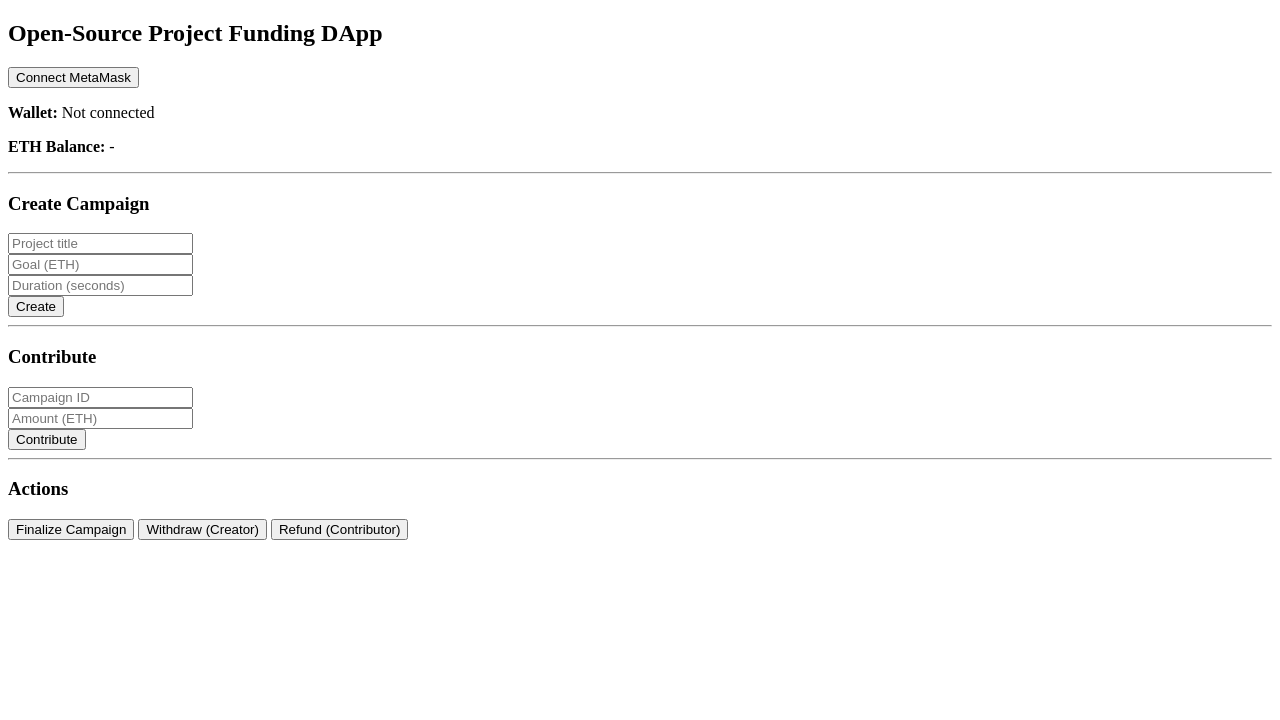
Repository: Xurmayo/Block-Chain-Final
Page: frontend/index.html
An editor plug-in stored every save of this project. The page is shown before and after the next save, followed by the edit.
The browser window is 1280 px wide. The pictures show the whole page.

Above is the page before, as saved 2026-02-01 14:47:40.

### frontend/index.html
<!DOCTYPE html>
<html>
<head>
  <meta charset="UTF-8" />
  <title>Open-Source Funding DApp</title>
  <script src="https://cdn.jsdelivr.net/npm/ethers@6.10.0/dist/ethers.umd.min.js"></script>
</head>
<body>

  <h2>Open-Source Project Funding DApp</h2>

  <button onclick="connectWallet()">Connect MetaMask</button>
  <p><b>Wallet:</b> <span id="account">Not connected</span></p>
  <p><b>ETH Balance:</b> <span id="ethBalance">-</span></p>

  <hr>

  <h3>Create Campaign</h3>
  <input id="title" placeholder="Project title"><br>
  <input id="goal" placeholder="Goal (ETH)"><br>
  <input id="duration" placeholder="Duration (seconds)"><br>
  <button onclick="createCampaign()">Create</button>

  <hr>

  <h3>Contribute</h3>
  <input id="campaignId" placeholder="Campaign ID"><br>
  <input id="amount" placeholder="Amount (ETH)"><br>
  <button onclick="contribute()">Contribute</button>

  <hr>

  <h3>Actions</h3>
  <button onclick="finalize()">Finalize Campaign</button>
  <button onclick="withdraw()">Withdraw (Creator)</button>
  <button onclick="refund()">Refund (Contributor)</button>

  <script src="app.js"></script>
</body>
</html>

### frontend/app.js
let provider;
let signer;
let crowdfunding;

const CROWDFUNDING_ADDRESS = "0xe7f1725E7734CE288F8367e1Bb143E90bb3F0512";

const ABI = [
  "function createCampaign(string,uint256,uint256)",
  "function contribute(uint256) payable",
  "function finalizeCampaign(uint256)",
  "function withdrawFunds(uint256)",
  "function refund(uint256)"
];

async function connectWallet() {
  if (!window.ethereum) {
    alert("MetaMask not installed");
    return;
  }

  provider = new ethers.BrowserProvider(window.ethereum);
  signer = await provider.getSigner();

  const address = await signer.getAddress();
  document.getElementById("account").innerText = address;

  const balance = await provider.getBalance(address);
  document.getElementById("ethBalance").innerText =
    ethers.formatEther(balance);

  crowdfunding = new ethers.Contract(
    CROWDFUNDING_ADDRESS,
    ABI,
    signer
  );
}

async function createCampaign() {
  const title = document.getElementById("title").value;
  const goal = ethers.parseEther(document.getElementById("goal").value);
  const duration = document.getElementById("duration").value;

  const tx = await crowdfunding.createCampaign(title, goal, duration);
  await tx.wait();
  alert("Campaign created");
}

async function contribute() {
  const id = document.getElementById("campaignId").value;
  const amount = ethers.parseEther(document.getElementById("amount").value);

  const tx = await crowdfunding.contribute(id, { value: amount });
  await tx.wait();
  alert("Contribution sent");
}

async function finalize() {
  const id = document.getElementById("campaignId").value;
  const tx = await crowdfunding.finalizeCampaign(id);
  await tx.wait();
  alert("Campaign finalized");
}

async function withdraw() {
  const id = document.getElementById("campaignId").value;
  const tx = await crowdfunding.withdrawFunds(id);
  await tx.wait();
  alert("Funds withdrawn");
}

async function refund() {
  const id = document.getElementById("campaignId").value;
  const tx = await crowdfunding.refund(id);
  await tx.wait();
  alert("Refund complete");
}

After the next save:
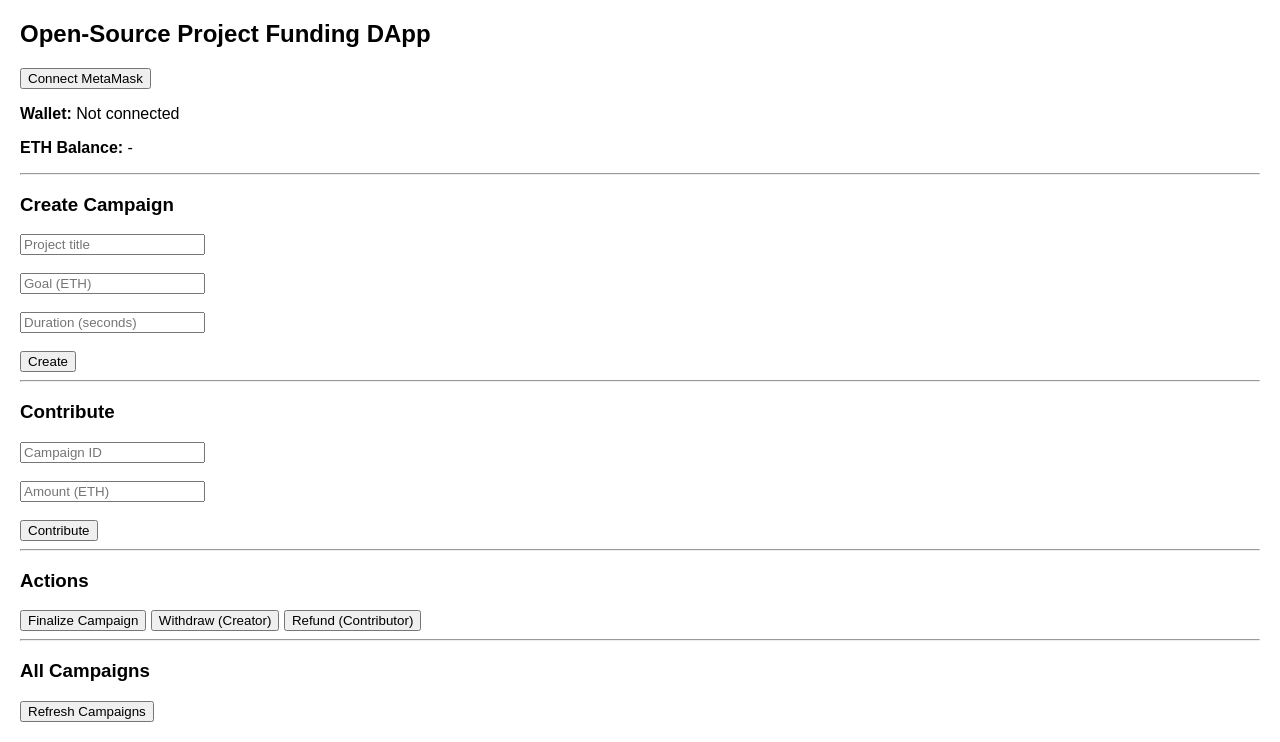
Saved 5 min 5 s later.
--- a/frontend/index.html
+++ b/frontend/index.html
@@ -1,40 +1,57 @@
 <!DOCTYPE html>
-<html>
+<html lang="en">
 <head>
-  <meta charset="UTF-8" />
-  <title>Open-Source Funding DApp</title>
+  <meta charset="UTF-8">
+  <title>Open-Source Project Funding DApp</title>
   <script src="https://cdn.jsdelivr.net/npm/ethers@6.10.0/dist/ethers.umd.min.js"></script>
+  <style>
+    body {
+      font-family: Arial, sans-serif;
+      margin: 20px;
+    }
+    .campaign {
+      border: 1px solid #ccc;
+      padding: 10px;
+      margin-bottom: 10px;
+    }
+  </style>
 </head>
 <body>
 
-  <h2>Open-Source Project Funding DApp</h2>
+<h2>Open-Source Project Funding DApp</h2>
 
-  <button onclick="connectWallet()">Connect MetaMask</button>
-  <p><b>Wallet:</b> <span id="account">Not connected</span></p>
-  <p><b>ETH Balance:</b> <span id="ethBalance">-</span></p>
+<button onclick="connectWallet()">Connect MetaMask</button>
+<p><b>Wallet:</b> <span id="account">Not connected</span></p>
+<p><b>ETH Balance:</b> <span id="ethBalance">-</span></p>
 
-  <hr>
+<hr>
 
-  <h3>Create Campaign</h3>
-  <input id="title" placeholder="Project title"><br>
-  <input id="goal" placeholder="Goal (ETH)"><br>
-  <input id="duration" placeholder="Duration (seconds)"><br>
-  <button onclick="createCampaign()">Create</button>
+<h3>Create Campaign</h3>
+<input id="title" placeholder="Project title"><br><br>
+<input id="goal" placeholder="Goal (ETH)"><br><br>
+<input id="duration" placeholder="Duration (seconds)"><br><br>
+<button onclick="createCampaign()">Create</button>
 
-  <hr>
+<hr>
 
-  <h3>Contribute</h3>
-  <input id="campaignId" placeholder="Campaign ID"><br>
-  <input id="amount" placeholder="Amount (ETH)"><br>
-  <button onclick="contribute()">Contribute</button>
+<h3>Contribute</h3>
+<input id="campaignId" placeholder="Campaign ID"><br><br>
+<input id="amount" placeholder="Amount (ETH)"><br><br>
+<button onclick="contribute()">Contribute</button>
 
-  <hr>
+<hr>
 
-  <h3>Actions</h3>
-  <button onclick="finalize()">Finalize Campaign</button>
-  <button onclick="withdraw()">Withdraw (Creator)</button>
-  <button onclick="refund()">Refund (Contributor)</button>
+<h3>Actions</h3>
+<button onclick="finalize()">Finalize Campaign</button>
+<button onclick="withdraw()">Withdraw (Creator)</button>
+<button onclick="refund()">Refund (Contributor)</button>
 
-  <script src="app.js"></script>
+<hr>
+
+<h3>All Campaigns</h3>
+<button onclick="loadCampaigns()">Refresh Campaigns</button>
+<div id="campaigns"></div>
+
+<script src="app.js"></script>
 </body>
 </html>
--- a/frontend/app.js
+++ b/frontend/app.js
@@ -5,12 +5,18 @@ let crowdfunding;
 const CROWDFUNDING_ADDRESS = "0xe7f1725E7734CE288F8367e1Bb143E90bb3F0512";
 
 const ABI = [
+  "function campaignCount() view returns (uint256)",
+  "function campaigns(uint256) view returns (address,string,uint256,uint256,uint256,uint8)",
   "function createCampaign(string,uint256,uint256)",
   "function contribute(uint256) payable",
   "function finalizeCampaign(uint256)",
   "function withdrawFunds(uint256)",
   "function refund(uint256)"
 ];
+
+const STATES = ["Active", "Successful", "Failed", "Withdrawn"];
+
+/* ---------------- CONNECT WALLET ---------------- */
 
 async function connectWallet() {
   if (!window.ethereum) {
@@ -33,7 +39,12 @@ async function connectWallet() {
     ABI,
     signer
   );
+
+  loadCampaigns();
+  setInterval(loadCampaigns, 1000); // LIVE UPDATE
 }
+
+/* ---------------- CREATE CAMPAIGN ---------------- */
 
 async function createCampaign() {
   const title = document.getElementById("title").value;
@@ -42,8 +53,12 @@ async function createCampaign() {
 
   const tx = await crowdfunding.createCampaign(title, goal, duration);
   await tx.wait();
+
   alert("Campaign created");
+  loadCampaigns();
 }
+
+/* ---------------- CONTRIBUTE ---------------- */
 
 async function contribute() {
   const id = document.getElementById("campaignId").value;
@@ -51,26 +66,80 @@ async function contribute() {
 
   const tx = await crowdfunding.contribute(id, { value: amount });
   await tx.wait();
-  alert("Contribution sent");
+
+  alert("Contribution successful");
+  loadCampaigns();
 }
+
+/* ---------------- FINALIZE ---------------- */
 
 async function finalize() {
   const id = document.getElementById("campaignId").value;
   const tx = await crowdfunding.finalizeCampaign(id);
   await tx.wait();
+
   alert("Campaign finalized");
+  loadCampaigns();
 }
+
+/* ---------------- WITHDRAW ---------------- */
 
 async function withdraw() {
   const id = document.getElementById("campaignId").value;
   const tx = await crowdfunding.withdrawFunds(id);
   await tx.wait();
+
   alert("Funds withdrawn");
+  loadCampaigns();
 }
+
+/* ---------------- REFUND ---------------- */
 
 async function refund() {
   const id = document.getElementById("campaignId").value;
   const tx = await crowdfunding.refund(id);
   await tx.wait();
-  alert("Refund complete");
+
+  alert("Refund completed");
+  loadCampaigns();
 }
+
+/* ---------------- LOAD ALL CAMPAIGNS ---------------- */
+
+async function loadCampaigns() {
+  if (!crowdfunding) return;
+
+  const container = document.getElementById("campaigns");
+  container.innerHTML = "";
+
+  const count = await crowdfunding.campaignCount();
+  const now = Math.floor(Date.now() / 1000);
+
+  for (let i = 0; i < count; i++) {
+    const c = await crowdfunding.campaigns(i);
+
+    const creator = c[0];
+    const title = c[1];
+    const goal = ethers.formatEther(c[2]);
+    const deadline = Number(c[3]);
+    const raised = ethers.formatEther(c[4]);
+    const state = STATES[c[5]];
+
+    let timeLeft = deadline - now;
+    let timeText = timeLeft > 0 ? `${timeLeft} sec left` : "Ended";
+
+    const div = document.createElement("div");
+    div.className = "campaign";
+    div.innerHTML = `
+      <b>ID:</b> ${i}<br>
+      <b>Title:</b> ${title}<br>
+      <b>Creator:</b> ${creator}<br>
+      <b>Goal:</b> ${goal} ETH<br>
+      <b>Raised:</b> ${raised} ETH<br>
+      <b>State:</b> ${state}<br>
+      <b>Time:</b> ⏱ ${timeText}
+    `;
+
+    container.appendChild(div);
+  }
+}
